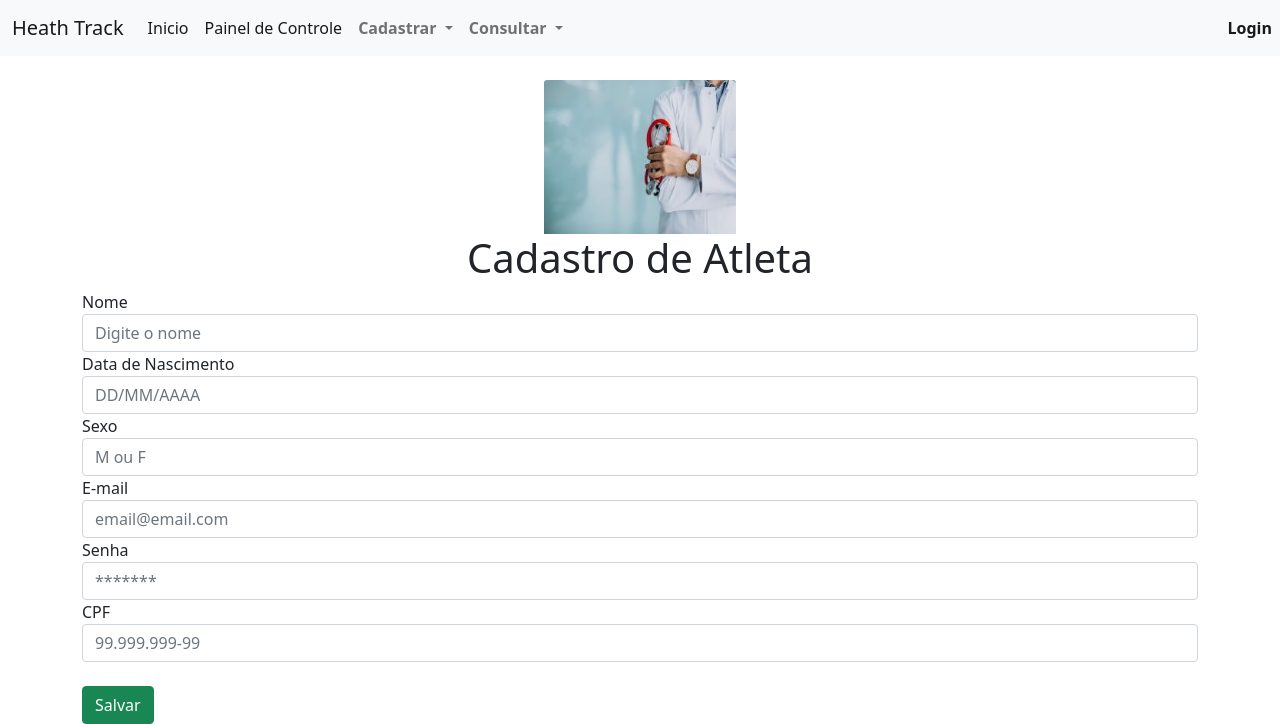
Repository: FellipySantos/HealthTrack_Finalizado
Page: http://localhost/JSPs/cadastro-atleta.jsp
An editor plug-in stored every save of this project. The page is shown before and after the next save, followed by the edit.
The browser window is 1280 px wide. The pictures show the whole page.
The page is served by Tomcat 9. Other server files are loaded and not shown.

Above is the page before, as saved 2021-11-22 23:50:35.

### JSP/JSPs/WebContent/cadastro-atleta.jsp
<%@ page language="java" contentType="text/html; charset=ISO-8859-1"
    pageEncoding="ISO-8859-1"%>
<%@ taglib prefix="c" uri="http://java.sun.com/jsp/jstl/core" %>
<!DOCTYPE html PUBLIC "-//W3C//DTD HTML 4.01 Transitional//EN" "http://www.w3.org/TR/html4/loose.dtd">
<html>
<head>
<meta http-equiv="Content-Type" content="text/html; charset=ISO-8859-1">
<title>Cadastro de Atleta</title>
<%@ include file="header.jsp" %>
</head>
<body>
<%@ include file="menu.jsp" %>
<div class="container">
    <br>
    <center> <img src="resources/img/card_imagem_2.jpg" class="card-img-top" alt="..."  style="width: 12rem;"></center>
	<h1><center>Cadastro de Atleta</center></h1>
	<c:if test="${not empty msg }">
		<div class="alert alert-success">${msg}</div>
	</c:if>
	<c:if test="${not empty erro }">
		<div class="alert alert-danger">${erro}</div>
	</c:if>
	<form action="atleta" method="post">
		<input type="hidden" value="cadastrar" name="acao">
		<div class="form-group">
			<label for="id-nome">Nome</label>
			<input type="text" name="nome" id="id-nome" class="form-control" placeholder="Digite o nome">
		</div>
		<div class="form-group">
			<label for="id-dtNasc">Data de Nascimento</label>
			<input type="text" name="dtNasc" id="id-dtNasc" class="form-control"  placeholder="DD/MM/AAAA">
		</div>
		<div class="form-group">
			<label for="id-sexo">Sexo</label>
			<input type="text" name="sexo" id="id-sexo" class="form-control"   placeholder="M ou F">
		</div>
		<div class="form-group">
			<label for="id-email">E-mail</label>
			<input type="email" name="email" id="id-email" class="form-control"  placeholder="email@email.com">
		</div>
		<div class="form-group">
			<label for="id-senha">Senha</label>
			<input type="password" name="senha" id="id-senha" class="form-control" placeholder="*******">
		</div>
		<div class="form-group">
			<label for="id-cpf">CPF</label>
			<input type="text" name="cpf" id="id-cpf" class="form-control"  placeholder="99.999.999-99">
		</div>

		<br>
		<input type="submit" value="Salvar" class="btn btn-success">
	</form>
</div>


<%@ include file="footer.jsp" %>
</body>
</html>

### JSP/JSPs/WebContent/header.jsp
<%@ page language="java" contentType="text/html; charset=ISO-8859-1"
    pageEncoding="ISO-8859-1"%>
<!DOCTYPE html>
<html>
<head>
<meta charset="ISO-8859-1">

<link rel="stylesheet" type="text/css" href="resources/css/bootstrap.css">
<link rel="stylesheet" type="text/css" href="resources/css/bootstrap-grid.css">
<link rel="stylesheet" type="text/css" href="resources/css/bootstrap-reboot.css">

<script type="text/javascript" src="resources/js/jquery-3.6.0.min.js"></script>
<script type="text/javascript" src="resources/js/popper.min.js"></script>
<script type="text/javascript" src="resources/js/bootstrap.min.js"></script>
<script type="text/javascript" src="resources/js/bootstrap.min.js"></script>

<script src="https://stackpath.bootstrapcdn.com/bootstrap/4.3.1/js/bootstrap.min.js" integrity="sha384-JjSmVgyd0p3pXB1rRibZUAYoIIy6OrQ6VrjIEaFf/nJGzIxFDsf4x0xIM+B07jRM" crossorigin="anonymous"></script>


</head>






<body>



</body>



</html>

### JSP/JSPs/WebContent/menu.jsp

   <nav class="navbar navbar-expand-lg navbar-light bg-light">
        <div class="container-fluid">
          <a class="navbar-brand" href="index.jsp">Heath Track</a>
          <button class="navbar-toggler" type="button" data-bs-toggle="collapse" data-bs-target="#navbarSupportedContent" aria-controls="navbarSupportedContent" aria-expanded="false" aria-label="Toggle navigation">
            <span class="navbar-toggler-icon"></span>
          </button>
          <div class="collapse navbar-collapse" id="navbarSupportedContent">
            <ul class="navbar-nav me-auto mb-2 mb-lg-0">
              <li class="nav-item">
                <a class="nav-link active" aria-current="page" href="index.jsp">Inicio</a>
              </li>
              <li class="nav-item">
                <a class="nav-link active" aria-current="page" href="painel.jsp">Painel de Controle</a>
              </li>
              <li class="nav-item dropdown">
                <a class="nav-link dropdown-toggle" href="#" id="navbarDropdown" role="button" data-bs-toggle="dropdown" aria-expanded="false">
                  <b>Cadastrar</b>
                </a>
                <ul class="dropdown-menu" aria-labelledby="navbarDropdown">
                  <li><a class="dropdown-item" href="cadastro-dieta.jsp">Dieta</a></li>
                  <li><a class="dropdown-item" href="cadastro-pressao.jsp">Pressão</a></li>
                  <li><a class="dropdown-item" href="cadastro-treino.jsp">Treino</a></li>
                  <li><a class="dropdown-item" href="cadastro-imc.jsp">Imc</a></li>
                   <li><hr class="dropdown-divider"></li>
                  <li><a class="dropdown-item" href="cadastro-atleta.jsp">Atleta</a></li>
                  <li><a class="dropdown-item" href="cadastro-nutri.jsp">Nutricionista</a></li>
                  <li><a class="dropdown-item" href="cadastro-treinador.jsp">Treinador</a></li>
                </ul>
              </li>

                 <li class="nav-item dropdown">
                <a class="nav-link dropdown-toggle" href="#" id="navbarDropdown" role="button" data-bs-toggle="dropdown" aria-expanded="false">
                  <b>Consultar</b>
                </a>
                <ul class="dropdown-menu" aria-labelledby="navbarDropdown">
                  <li><a class="dropdown-item" href="dieta?acao=listar">Dieta</a></li>
                  <li><a class="dropdown-item" href="pressao?acao=listar">Pressão</a></li>
                  <li><a class="dropdown-item" href="treino?acao=listar">Treino</a></li>
                  <li><a class="dropdown-item" href="imc?acao=listar">Imc</a></li>
                  <li><hr class="dropdown-divider"></li>
                  <li><a class="dropdown-item" href="atleta?acao=listar">Atleta</a></li>
                  <li><a class="dropdown-item" href="nutri?acao=listar">Nutricionista</a></li>
                  <li><a class="dropdown-item" href="treinador?acao=listar">Treinador</a></li>
                </ul>
              </li>


            </ul>

          </div>

        </div>
        <div class="collapse navbar-collapse" id="navbarSupportedContent">
          <ul class="navbar-nav me-auto mb-2 mb-lg-0">
            <li class="nav-item">
              <b><a class="nav-link active" aria-current="page" href="login.jsp">Login</a></b>
            </li>
            </ul>
            </div>



      </nav>

### JSP/JSPs/WebContent/footer.jsp
<%@ page language="java" contentType="text/html; charset=ISO-8859-1"
    pageEncoding="ISO-8859-1"%>
<!DOCTYPE html>
<html>
<head>
<meta charset="ISO-8859-1">

<script type="text/javascript" src="resources/js/jquery-3.6.0.min.js"></script>
<script type="text/javascript" src="resources/js/bootstrap.min.js"></script>

</head>





<body>


</body>
</html>

Loaded but not shown: JSP/JSPs/WebContent/resources/css/bootstrap.css (library); JSP/JSPs/WebContent/resources/css/bootstrap-grid.css (library); JSP/JSPs/WebContent/resources/css/bootstrap-reboot.css (library); JSP/JSPs/WebContent/resources/js/jquery-3.6.0.min.js (library); JSP/JSPs/WebContent/resources/js/popper.min.js (library); JSP/JSPs/WebContent/resources/js/bootstrap.min.js (library)

After the next save:
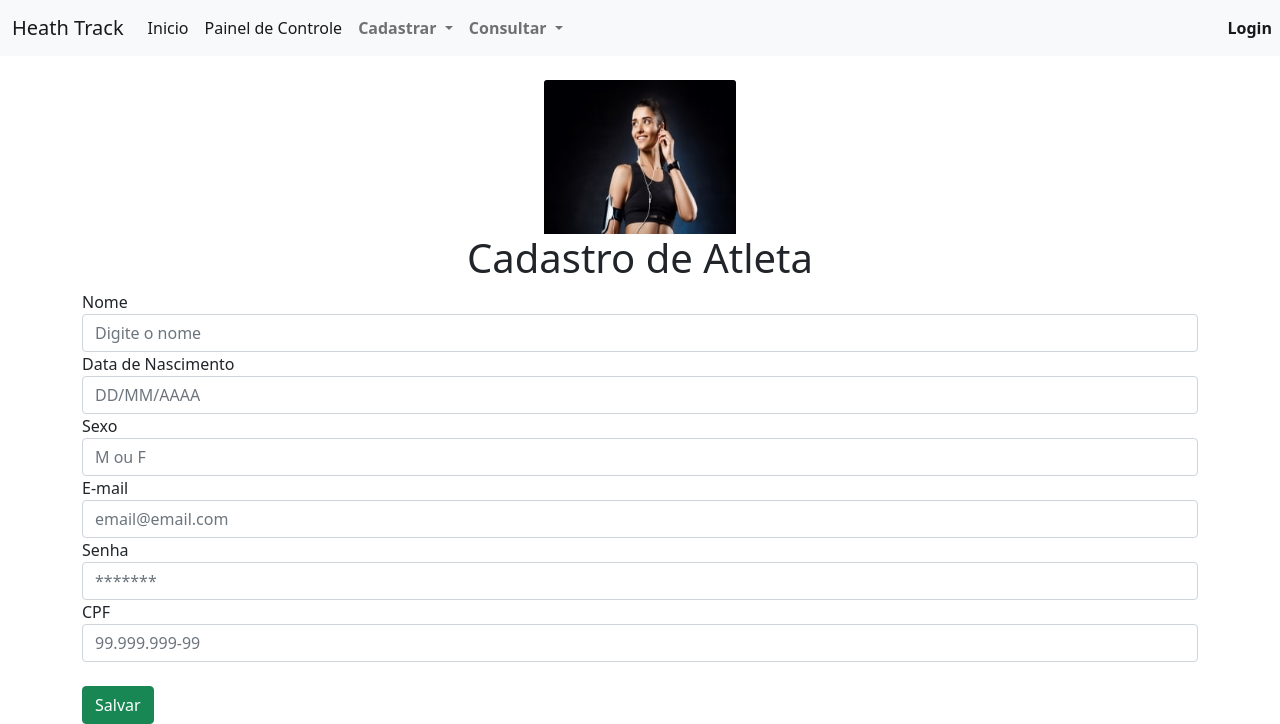
Saved 9 s later.
--- a/JSP/JSPs/WebContent/cadastro-atleta.jsp
+++ b/JSP/JSPs/WebContent/cadastro-atleta.jsp
@@ -12,7 +12,7 @@
 <%@ include file="menu.jsp" %>
 <div class="container">
     <br>
-    <center> <img src="resources/img/card_imagem_2.jpg" class="card-img-top" alt="..."  style="width: 12rem;"></center>
+    <center> <img src="resources/img/card_imagem_3.jpg" class="card-img-top" alt="..."  style="width: 12rem;"></center>
 	<h1><center>Cadastro de Atleta</center></h1>
 	<c:if test="${not empty msg }">
 		<div class="alert alert-success">${msg}</div>
